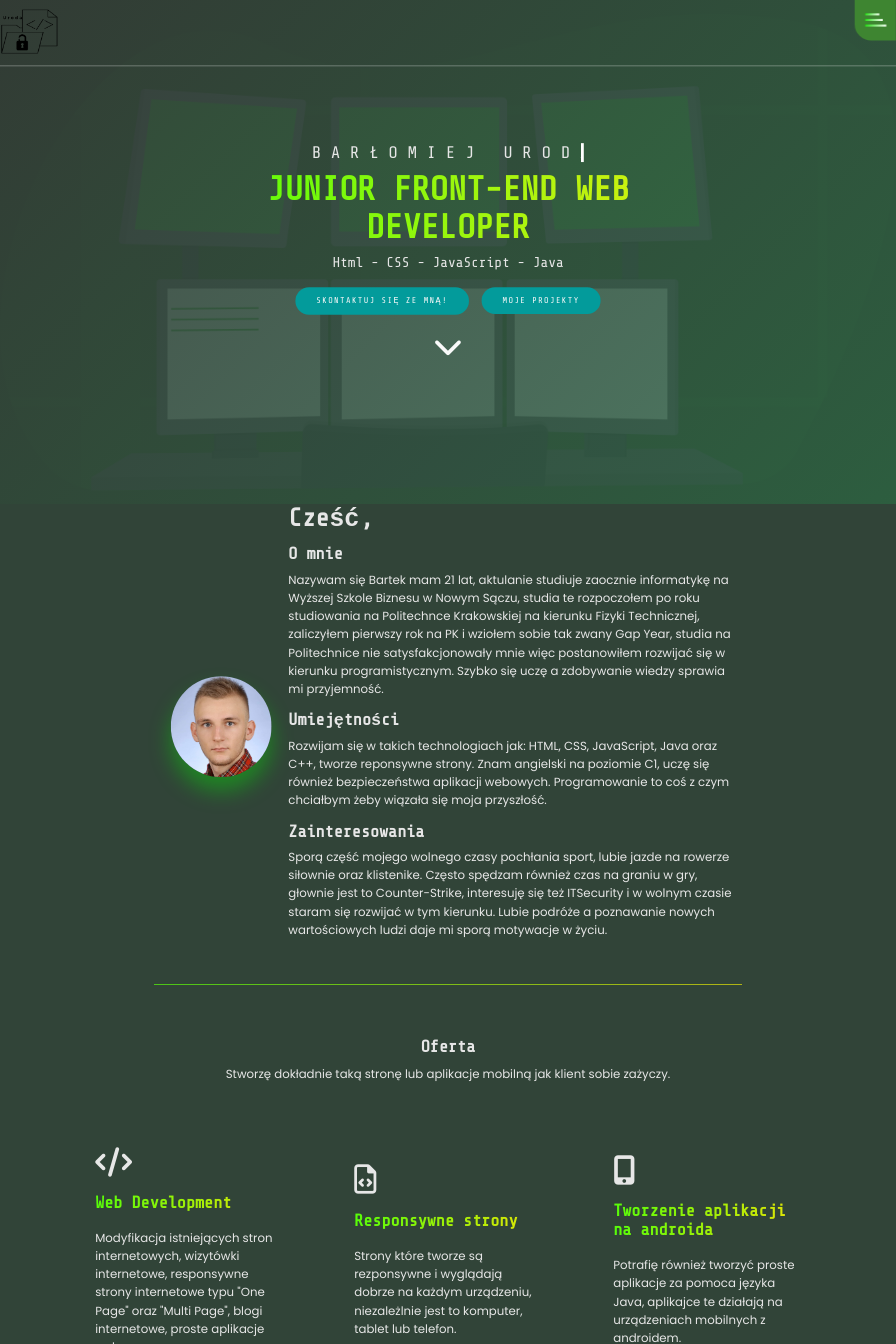
Repository: BartekUroda/portfolio
Page: index.html
The author's editor kept a copy of each file at every save. The page is drawn from the files as they stood at one save, then again after the next save.
The browser window is 1280 px wide. The pictures show the part of the page from y = 0 to 1920 px (the page is 3950 px tall), at 70% of full size.
Some web libraries are served in a nearby version.

Above is the page before, as saved 2020-10-27 23:40:12.

After the next save:
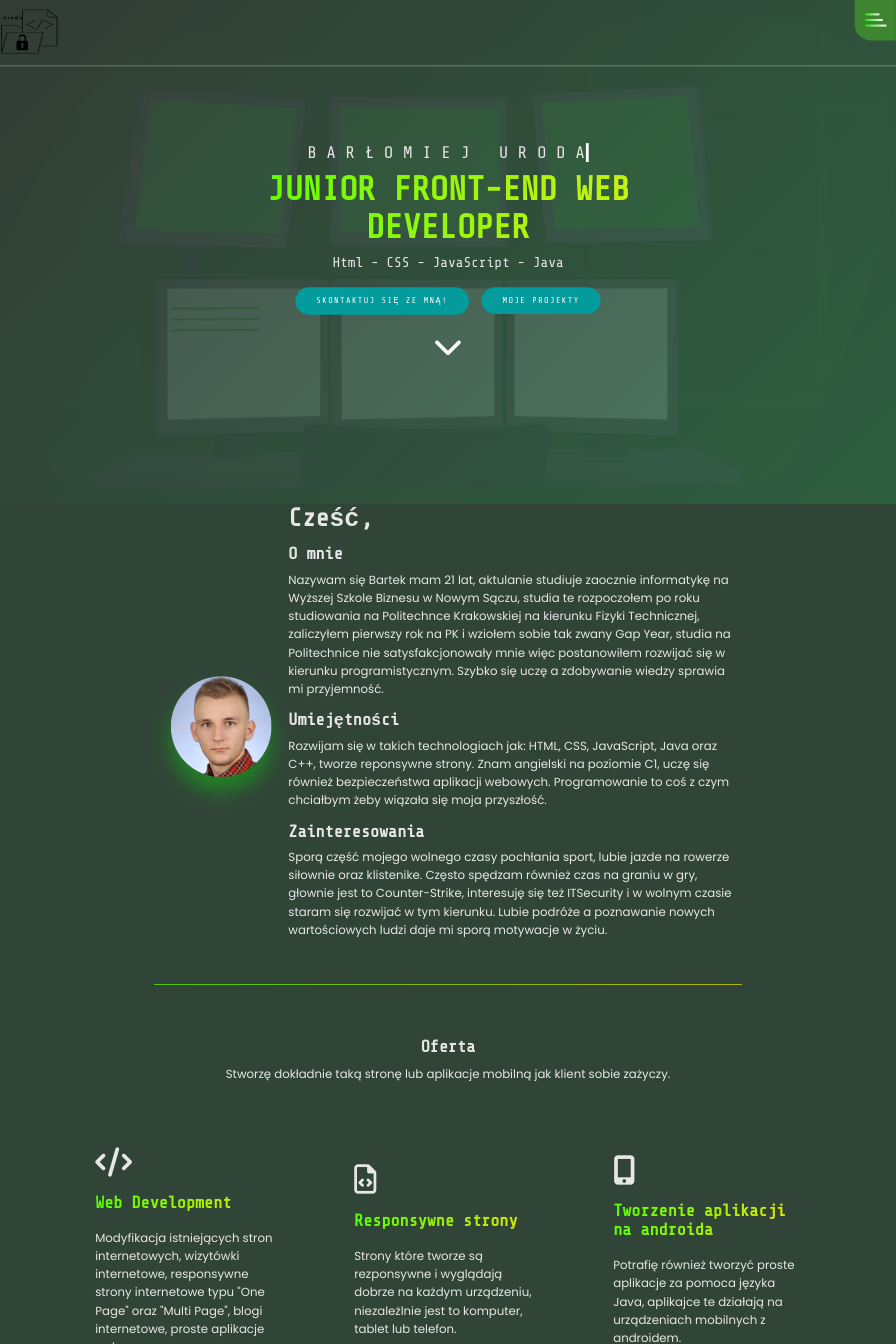
Saved 11 s later.
--- a/css/style.css
+++ b/css/style.css
@@ -196,7 +196,7 @@ nav {
     overflow: hidden;
     white-space: nowrap;
     animation: typing 5s steps(33), blink 1s ease-in-out 7s infinite;
-    width: 30ch;
+    width: 31ch;
     margin: auto;
     border-right: 4px solid rgba(255, 255, 255, 1);
 }
@@ -206,7 +206,7 @@ nav {
       color: rgb(178, 249, 14);
     }
     100% {
-      width: 30ch;
+      width: 31ch;
     }
 }
 @keyframes blink {
